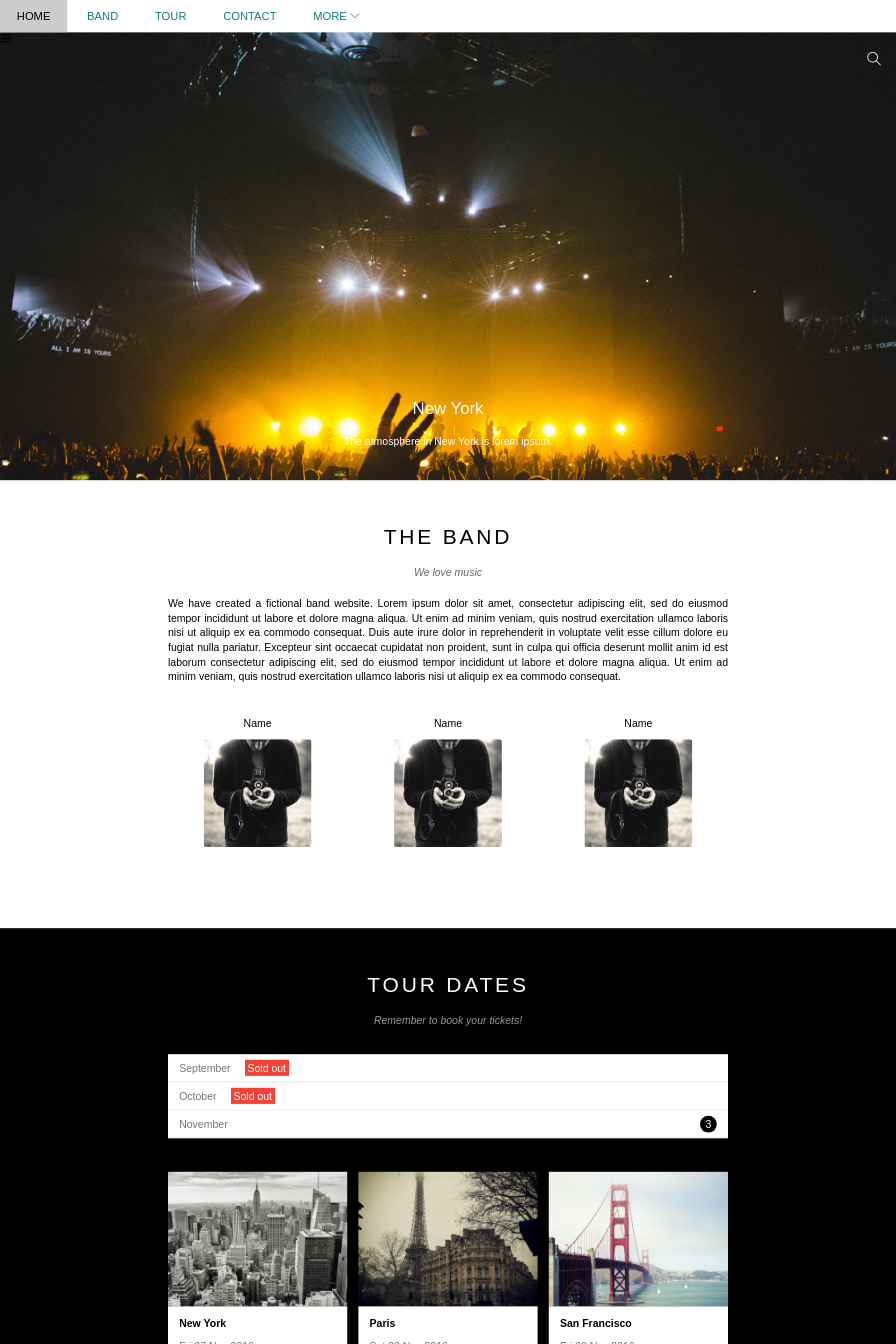
Repository: khoatd584/band
Page: index.html
These files come from the project's save history. The page is drawn as it stood at one moment and after a run of saves; the edit follows.
The browser window is 1280 px wide. The pictures show the part of the page from y = 0 to 1920 px (the page is 3515 px tall), at 70% of full size.

Above is the page before, as saved 2022-03-14 17:55:02.

After the next 2 saves:
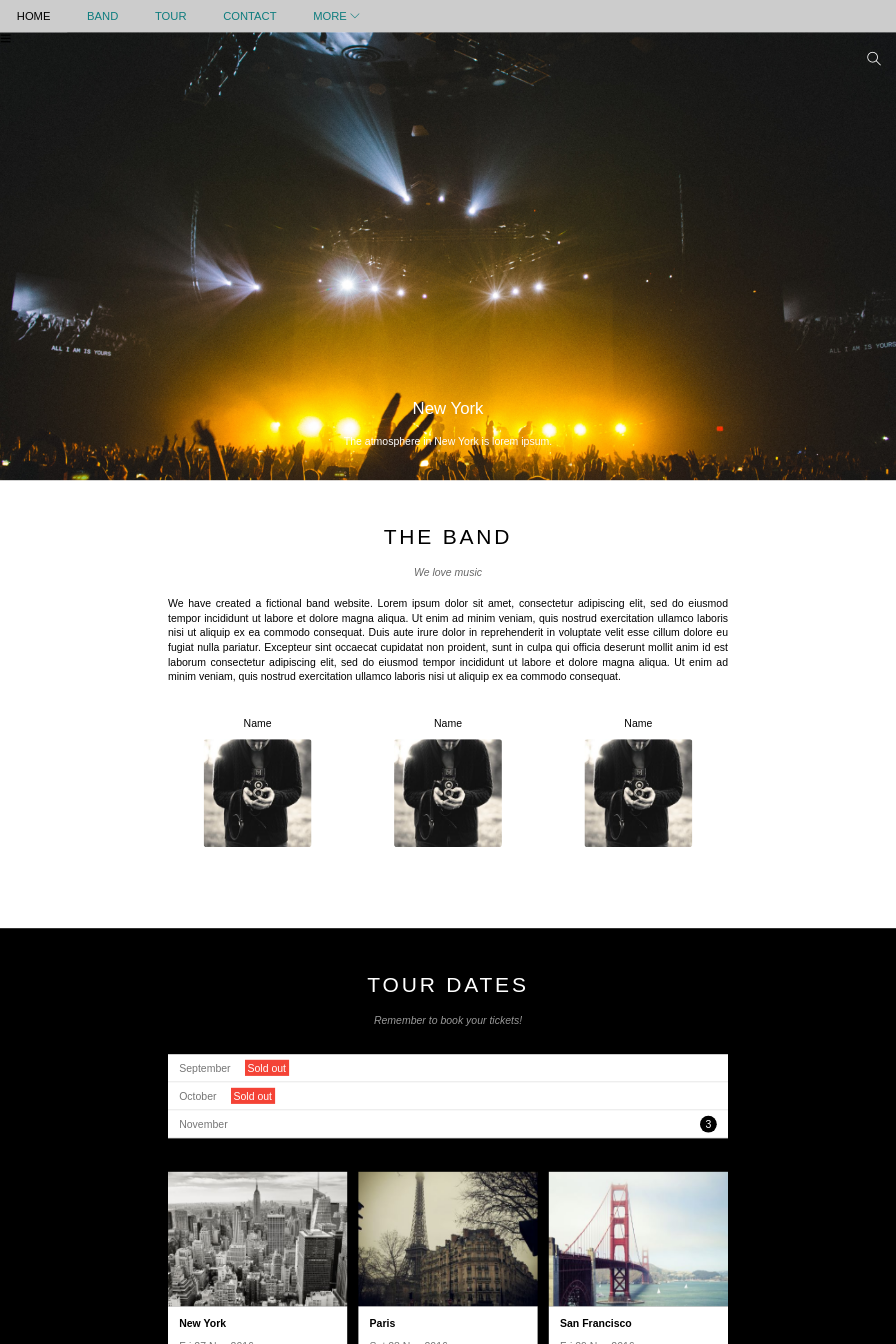
The 2 saves are shown as one change because they came seconds apart.
The last was saved 27 s later.
--- a/assets/css/style.css
+++ b/assets/css/style.css
@@ -85,7 +85,7 @@
   left: 0;
   right: 0;
   height: 46px;
-  background-color: #fff;
+  background-color: #ccc;
   z-index: 1;
 }
 #nav {
